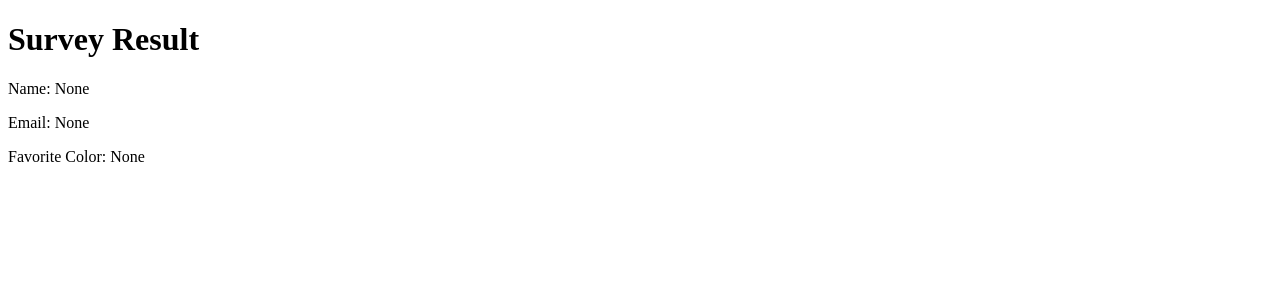
Repository: TurkiOussema54/Bootcamp-PYTHON
Page: http://localhost/result
The author's editor kept a copy of each file at every save. The page is drawn from the files as they stood at one save, then again after the next save.
The browser window is 1280 px wide. The pictures show the whole page.
The page is served by the project's application, run on Flask 3 (app.py).

Above is the page before, as saved 2023-10-03 17:08:13.

After the next save:
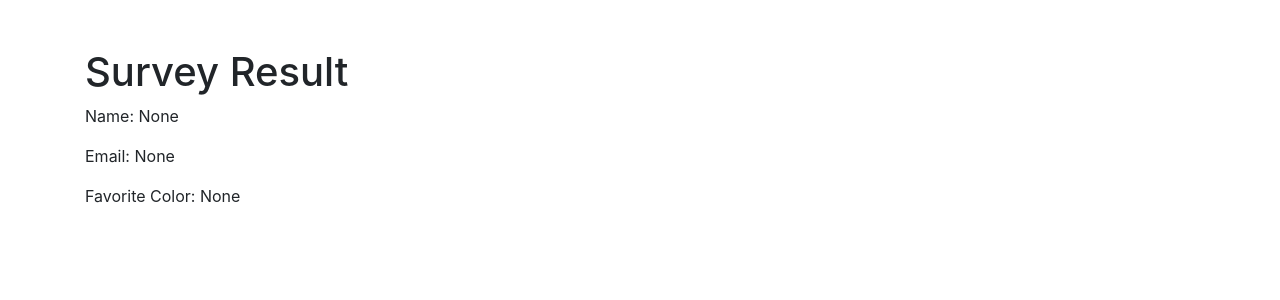
Saved 16 s later.
--- a/Dojo_Survey/templates/result.html
+++ b/Dojo_Survey/templates/result.html
@@ -2,11 +2,15 @@
 <html>
 <head>
     <title>Survey Result</title>
+    <!-- Include Bootstrap CSS -->
+    <link rel="stylesheet" href="https://maxcdn.bootstrapcdn.com/bootstrap/4.5.2/css/bootstrap.min.css">
 </head>
 <body>
-    <h1>Survey Result</h1>
-    <p>Name: {{ name }}</p>
-    <p>Email: {{ email }}</p>
-    <p>Favorite Color: {{ favorite_color }}</p>
+    <div class="container">
+        <h1 class="mt-5">Survey Result</h1>
+        <p>Name: {{ name }}</p>
+        <p>Email: {{ email }}</p>
+        <p>Favorite Color: {{ favorite_color }}</p>
+    </div>
 </body>
 </html>
